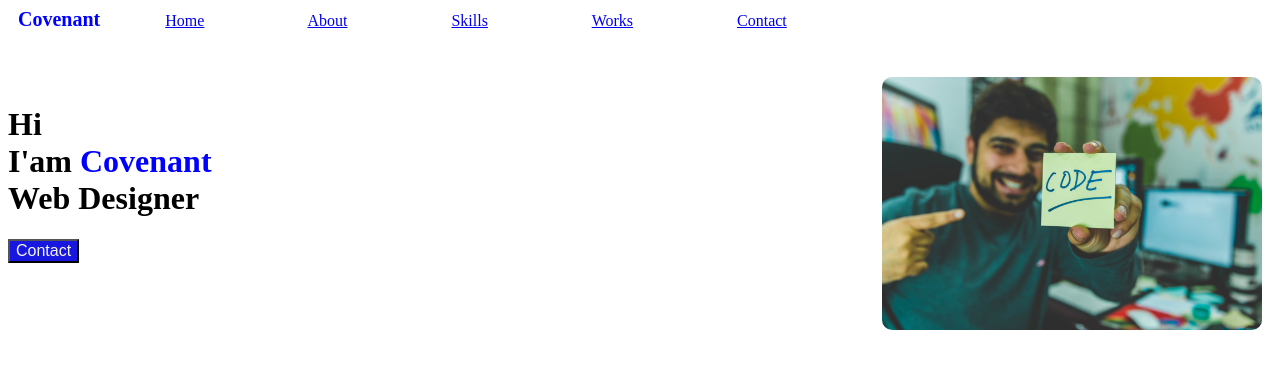
Repository: Tobby004/bdc-assignment-1
Page: index.html
These files come from the project's save history. The page is drawn as it stood at one moment and after the next save; the edit follows.
The browser window is 1280 px wide. The pictures show the whole page.

Above is the page before, as saved 2023-02-09 09:11:53.

### index.html
<!DOCTYPE html>
<html lang="en">
<head>
    <meta charset="UTF-8">
    <meta http-equiv="X-UA-Compatible" content="IE=edge">
    <meta name="viewport" content="width=device-width, initial-scale=1.0">
    <title>Document</title>
    <link rel="stylesheet" href="task.css">
</head>
<body>
    <header>
        <b>
            Covenant
        </b>
        <a href="#">
            Home</a>
            <a href="#">About</a>
            <a href="#">Skills</a>
            <a href="#">Works</a>
            <a href="#">Contact</a>
    </header>
    <br>
    <br>
   <img src="image/Cov.jpg">
   <br>
   <h1>Hi <br> I'am <b>Covenant</b><br> Web Designer</h1>
<button>Contact</button>
</body>
</html>

### task.css
* {
    box-sizing: border-box;
}
header{
    max-width: 500%;
    display: flexbox;
    color: blue;
}
header b {
font-size: 20px;
padding: 10px;
margin-right: 50px;
width: 100%;
margin-bottom: 20px;
justify-content: space-between;
}
header a {
    margin-inline-end: 100px;

}
img{
    width: 400Px;
    display: block;
    padding: 10px;
    float: right;
    border-radius: 20px;
}
h1 b {
    color: blue;
}
button {
    background-color: rgb(23, 23, 224);
    font-size: medium;
    display: block;
    color: whitesmoke;
}

After the next save:
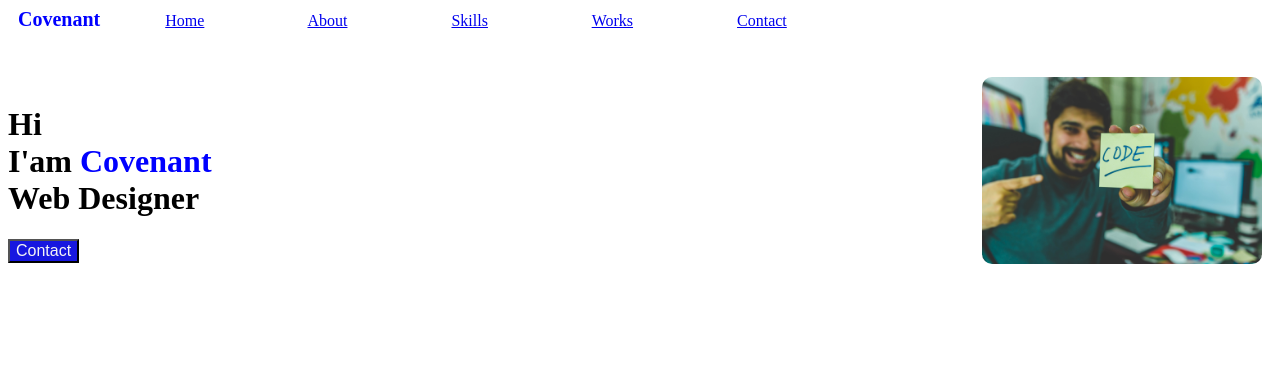
Saved 76 s later.
--- a/task.css
+++ b/task.css
@@ -19,10 +19,11 @@ header a {
 
 }
 img{
-    width: 400Px;
+    width: 300px;
     display: block;
     padding: 10px;
     float: right;
+    max-width: 500%;
     border-radius: 20px;
 }
 h1 b {
